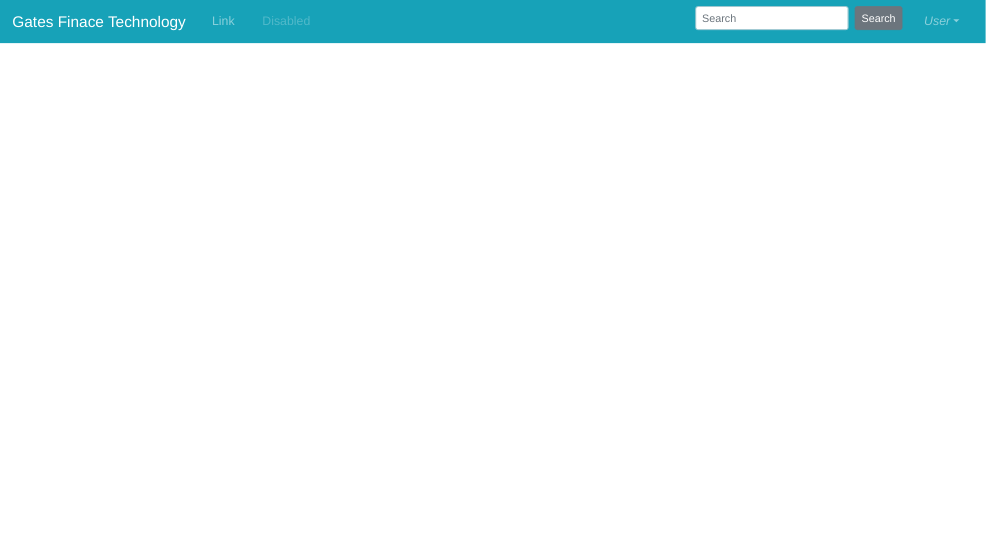
Repository: sqsssq/GatesFinace
Page: /main (app in webview/)
These files come from the project's save history. The page is drawn as it stood at one moment and after the next save; the edit follows.
The browser window is 1280 px wide. The pictures show the whole page, at 77% of full size.
The project was rebuilt for these pictures with package versions that can differ from the ones it lists, and the page was loaded fresh each time. Also part of the build but not shown: webview/src/components/HelloWorld.vue, webview/src/views/Home.vue.

Above is the page before, as saved 2020-11-03 09:11:10.

### webview/public/index.html
<!DOCTYPE html>
<html lang="en">
  <head>
    <meta charset="utf-8">
    <meta http-equiv="X-UA-Compatible" content="IE=edge">
    <meta name="viewport" content="width=device-width,initial-scale=1.0">
    <link rel="icon" href="<%= BASE_URL %>favicon.ico">
    <title><%= htmlWebpackPlugin.options.title %></title>
    <style>
      html, body{ margin:0; height:100%; }
    </style>
  </head>
  <body>
    <noscript>
      <strong>We're sorry but <%= htmlWebpackPlugin.options.title %> doesn't work properly without JavaScript enabled. Please enable it to continue.</strong>
    </noscript>
    <div id="app"></div>
    <!-- built files will be auto injected -->
  </body>
</html>

### webview/src/main.js
import Vue from 'vue'
import App from './App.vue'
import router from './router'
import store from './store'
import ElementUI from 'element-ui'
import 'element-ui/lib/theme-chalk/index.css'
import 'element-ui/lib/theme-chalk/base.css'
import { BootstrapVue, IconsPlugin } from 'bootstrap-vue'
import 'bootstrap/dist/css/bootstrap.css'
import 'bootstrap-vue/dist/bootstrap-vue.css'

Vue.config.productionTip = false
Vue.use(ElementUI);
Vue.use(BootstrapVue);
Vue.use(IconsPlugin);

new Vue({
  router,
  store,
  render: h => h(App)
}).$mount('#app')

### webview/src/App.vue
<template>
  <div id="app">
    <!-- <div id="nav">
      <router-link to="/">Home</router-link> |
      <router-link to="/about">About</router-link>
    </div> -->
    <router-view/>
  </div>
</template>

<style lang="stylus">
#app
  font-family Avenir, Helvetica, Arial, sans-serif
  -webkit-font-smoothing antialiased
  -moz-osx-font-smoothing grayscale
  text-align center
  color #2c3e50
  margin-top 0px
  height 100%
</style>

### webview/src/router/index.js
import Vue from 'vue'
import VueRouter from 'vue-router'
import Home from '../views/Home.vue'
import Main from '../views/main.vue'

Vue.use(VueRouter)

const routes = [
  {
    path: '/',
    name: 'Home',
    component: Home
  },
  {
    path: '/about',
    name: 'About',
    // route level code-splitting
    // this generates a separate chunk (about.[hash].js) for this route
    // which is lazy-loaded when the route is visited.
    component: () => import(/* webpackChunkName: "about" */ '../views/About.vue')
  },
  {
    path: '/main',
    name: 'Main',
    component: Main
  }
]

const router = new VueRouter({
  mode: 'history',
  base: process.env.BASE_URL,
  routes
})

export default router

### webview/src/views/main.vue
<!--
 * @Author: your name
 * @Date: 2020-11-01 17:40:45
 * @LastEditTime: 2020-11-03 08:31:04
 * @LastEditors: Please set LastEditors
 * @Description: In User Settings Edit
 * @FilePath: \webview\src\views\main.vue
-->
<template>
  <div class="container-fiuled" style="height: 100%;">
    <!-- <img alt="Vue logo" src="../assets/logo.png"> -->
    <!-- <HelloWorld msg="Welcome to Your Vue.js App" style="height:100%"/> -->
    <gatesNavbar style="height: 100%" />
  </div>
</template>

<script>
// @ is an alias to /src
import HelloWorld from '@/components/HelloWorld.vue'
import gatesNavbar from '@/components/gatesNavbar.vue'

export default {
  name: 'Home',
  components: {
    gatesNavbar
  }
}
</script>

### webview/src/components/gatesNavbar.vue
<!--
 * @Author: your name
 * @Date: 2020-10-31 09:19:12
 * @LastEditTime: 2020-11-03 08:32:14
 * @LastEditors: Please set LastEditors
 * @Description: In User Settings Edit
 * @FilePath: \webview\src\components\HelloWorld.vue
-->
<template>
  <div>
    <b-navbar
      toggleable="lg"
      type="dark"
      variant="info"
    >
      <b-navbar-brand href="/main">Gates Finace Technology</b-navbar-brand>

      <b-navbar-toggle target="nav-collapse"></b-navbar-toggle>

      <b-collapse
        id="nav-collapse"
        is-nav
      >
        <b-navbar-nav>
          <b-nav-item href="#">Link</b-nav-item>
          <b-nav-item
            href="#"
            disabled
          >Disabled</b-nav-item>
        </b-navbar-nav>

        <!-- Right aligned nav items -->
        <b-navbar-nav class="ml-auto">
          <b-nav-form style="top: 1500px">
            <b-form-input
              size="sm"
              class="mr-sm-2"
              placeholder="Search"
            ></b-form-input>
            <b-button
              size="sm"
              class="my-2 my-sm-0"
              type="submit"
            >Search</b-button>
          </b-nav-form>

          <!-- <b-nav-item-dropdown text="Lang" right>
          <b-dropdown-item href="#">EN</b-dropdown-item>
          <b-dropdown-item href="#">ES</b-dropdown-item>
          <b-dropdown-item href="#">RU</b-dropdown-item>
          <b-dropdown-item href="#">FA</b-dropdown-item>
        </b-nav-item-dropdown> -->

          <b-nav-item-dropdown right>
            <!-- Using 'button-content' slot -->
            <template #button-content>
              <em>{{username == '' ? 'User' : username}}</em>
            </template>
            <b-dropdown-item href="#">Sign in</b-dropdown-item>
            <b-dropdown-item href="#">Register</b-dropdown-item>
            <b-dropdown-item href="#">Sign Out</b-dropdown-item>
          </b-nav-item-dropdown>
        </b-navbar-nav>
      </b-collapse>
    </b-navbar>
  </div>
</template>

<script>
import axios from 'axios';
export default {
  name: 'gatesNavbar',
  // props: {
  //   msg: String
  // }
  data () {
    return {
      username: ''
    }
  },
  methods: {
  },
  created () {
    // console.log(2);
    // this.getmsg();
  },
  mounted () {

    // this.createLogo();
  }
}
</script>

<!-- Add "scoped" attribute to limit CSS to this component only -->
<style scoped lang="stylus">
h3 {
  letter-spacing: 3px;
  color: #fff;
  font-weight: 500;
  margin-bottom: 10px;
  margin-top: 10px;
  font-size: 15px;
}

h2 {
  margin-top: 10px;
  color: #fff;
  letter-spacing: 10px;
  // font-size: 40px
  font-size: 20px;
}

ul {
  list-style-type: none;
  padding: 0;
}

li {
  display: inline-block;
  margin: 0 10px;
}

a {
  color: #42b983;
}
</style>

Loaded but not shown: webview/src/store/index.js (common file)

After the next save:
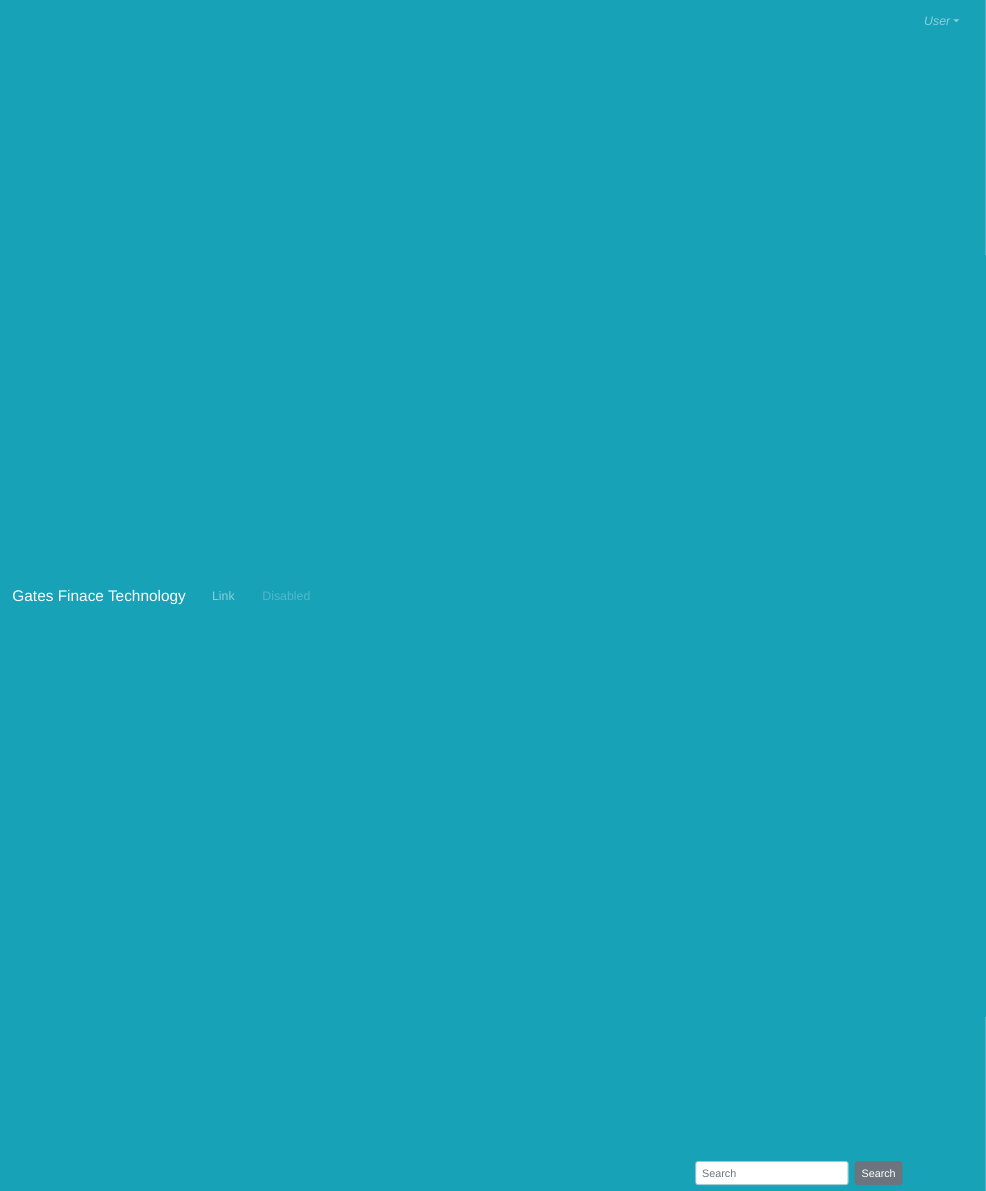
Saved 23 s later.
--- a/webview/src/components/gatesNavbar.vue
+++ b/webview/src/components/gatesNavbar.vue
@@ -31,7 +31,7 @@
 
         <!-- Right aligned nav items -->
         <b-navbar-nav class="ml-auto">
-          <b-nav-form style="top: 1500px">
+          <b-nav-form style="padding-top: 1500px">
             <b-form-input
               size="sm"
               class="mr-sm-2"

After the save that followed:
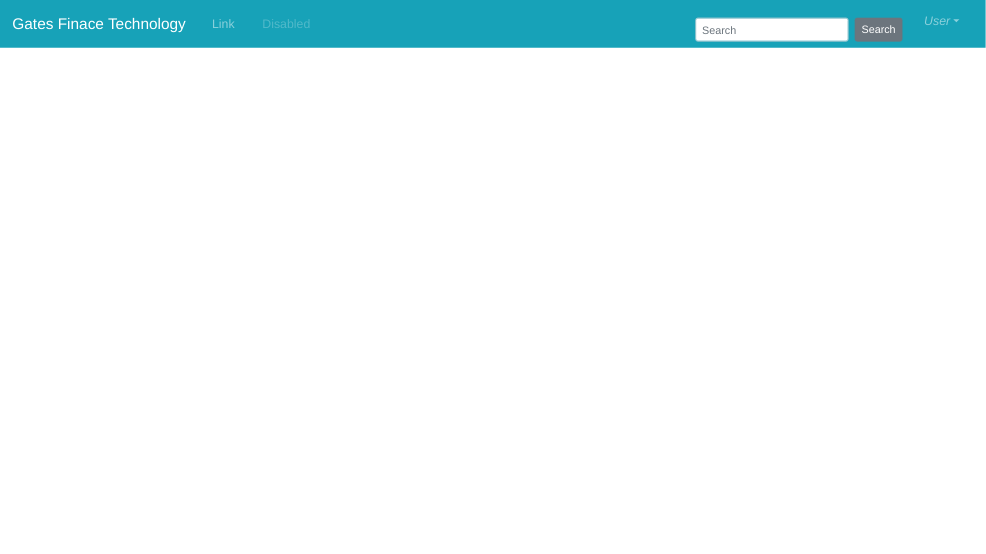
Saved 7 s later.
--- a/webview/src/components/gatesNavbar.vue
+++ b/webview/src/components/gatesNavbar.vue
@@ -31,7 +31,7 @@
 
         <!-- Right aligned nav items -->
         <b-navbar-nav class="ml-auto">
-          <b-nav-form style="padding-top: 1500px">
+          <b-nav-form style="padding-top: 15px">
             <b-form-input
               size="sm"
               class="mr-sm-2"
